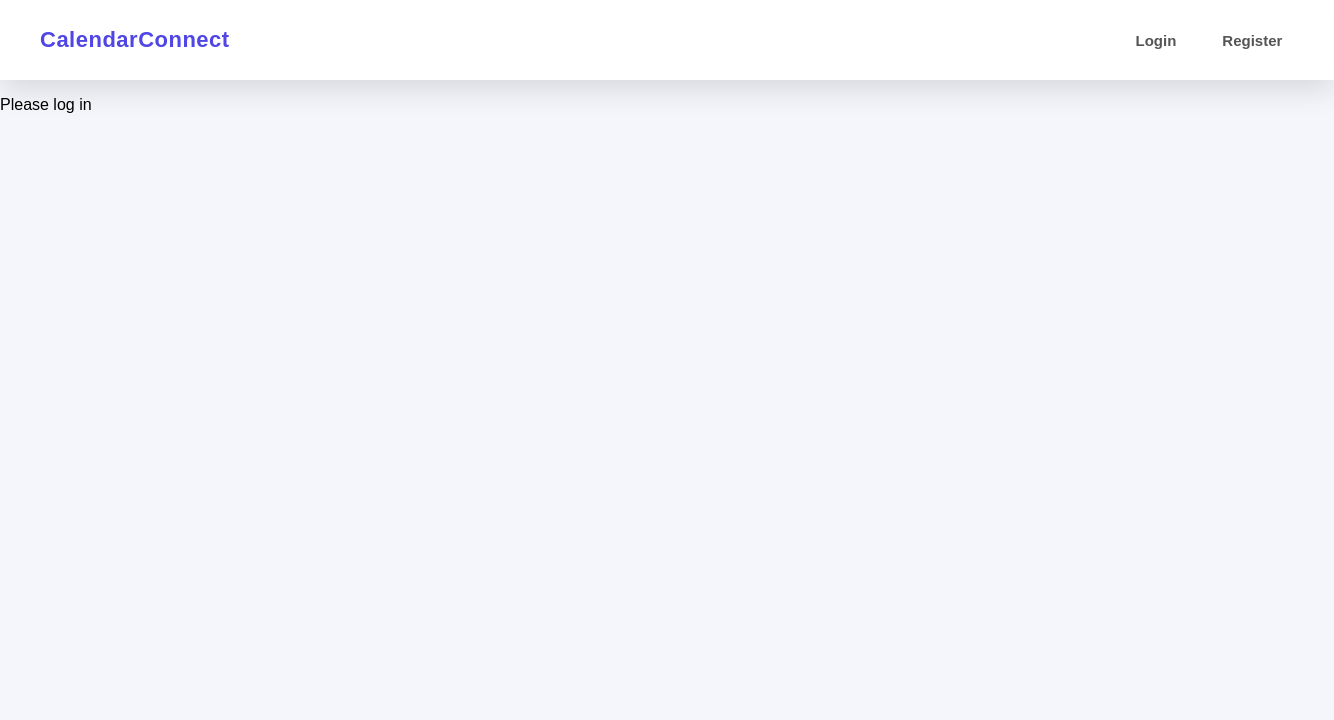
Repository: BMXracer44/CalendarConnect
Page: /friends (app in frontend/)
An editor plug-in stored every save of this project. The page is shown before and after the next save, followed by the edit.
The browser window is 1280 px wide. The page is 1334 px wide, so the pictures cover 1334 px, including what lies to the right of the window. The pictures show the whole page.
The project was rebuilt for these pictures with package versions that can differ from the ones it lists, and the page was loaded fresh each time. Also part of the build but not shown: frontend/src/pages/Login.jsx, frontend/src/pages/Register.jsx, frontend/src/pages/Profile.jsx, frontend/src/pages/Calendar.jsx.

Above is the page before, as saved 2026-04-20 14:06:16.

### frontend/src/index.js
import React from "react";
import ReactDOM from "react-dom/client";
import App from "./App";
import { AuthProvider } from "./context/AuthContext";
import { router } from "./router";
import { RouterProvider } from "react-router-dom";
import "./index.css";

ReactDOM.createRoot(document.getElementById("root")).render(
  <AuthProvider>
    <RouterProvider router={router} />
  </AuthProvider>
);

### frontend/src/App.js
import { Outlet } from "react-router-dom";
import Navbar from "./components/Navbar";
import "./index.css";

function App() {
  return (
    <div>
      <Navbar />
      <Outlet />
    </div>
  );
}

export default App;

### frontend/src/context/AuthContext.js
import { createContext, useState } from "react";

export const AuthContext = createContext();

export const AuthProvider = ({ children }) => {

  const [user, setUser] = useState(() => {
    const token = localStorage.getItem("token");
    const username = localStorage.getItem("username");

    return token && username
      ? { username, token }
      : null;
  });

  // ✅ FIXED LOGIN FUNCTION
  const login = (response) => {
    const userData = response.data; // 🔥 IMPORTANT FIX

    localStorage.setItem("token", userData.token);
    localStorage.setItem("username", userData.username);

    setUser({
      id: userData.id,
      username: userData.username,
      email: userData.email,
      token: userData.token
    });
  };

  const logout = () => {
    localStorage.removeItem("token");
    localStorage.removeItem("username");
    setUser(null);
  };

  return (
    <AuthContext.Provider value={{ user, login, logout }}>
      {children}
    </AuthContext.Provider>
  );
};

### frontend/src/router.jsx
import { createBrowserRouter } from "react-router-dom";
import App from "./App";
import Login from "./pages/Login";
import Register from "./pages/Register";
import Home from "./pages/Home";
import Profile from "./pages/Profile";
import Calendar from "./pages/Calendar";
import Friends from "./pages/Friends";

export const router = createBrowserRouter([
  {
    path: "/",
    element: <App />,
    children: [
      { index: true, element: <Login /> },
      { path: "register", element: <Register /> },
      { path: "calendar", element: <Calendar /> },
      { path: "profile", element: <Profile /> },
      { path: "friends", element: <Friends /> }
    ]
  }
]);

### frontend/src/index.css
/* =========================
   GLOBAL
========================= */
body {
  margin: 0;
  font-family: Arial, sans-serif;
  background: #f4f6fb;
}

/* =========================
   NAVBAR (BIGGER + MORE MODERN)
========================= */
.navbar {
  width: 98%;
  height: 80px; /* 🔥 BIGGER NAVBAR */
  display: flex;
  justify-content: space-between;
  align-items: center;

  padding: 0 40px;

  background: rgba(255, 255, 255, 0.92);
  backdrop-filter: blur(12px);

  box-shadow: 0 10px 30px rgba(0, 0, 0, 0.12);

  position: sticky;
  top: 0;
  z-index: 1000;
}

/* BRAND */
.navbar-left {
  font-size: 22px; /* 🔥 bigger brand */
  font-weight: 800;
  color: #4f46e5;
  letter-spacing: 0.5px;
}

/* RIGHT SIDE */
.navbar-right {
  display: flex;
  align-items: center;
  gap: 22px;
}

/* LINKS */
.nav-link {
  text-decoration: none;
  font-size: 15px;
  font-weight: 600;
  color: #555;
  padding: 10px 12px;
  border-radius: 10px;
  transition: 0.2s ease;
}

.nav-link:hover {
  background: rgba(102, 126, 234, 0.12);
  color: #4f46e5;
}

/* USER */
.nav-user {
  font-size: 14px;
  font-weight: 600;
  color: #333;
  padding: 8px 12px;
  border-radius: 10px;
  background: rgba(102, 126, 234, 0.08);
}

/* BUTTON */
.nav-button {
  padding: 10px 16px; /* 🔥 bigger button */
  border-radius: 10px;
  border: none;

  background: linear-gradient(135deg, #667eea, #764ba2);
  color: white;

  font-size: 13px;
  font-weight: 600;

  cursor: pointer;
  transition: 0.2s ease;
}

.nav-button:hover {
  transform: translateY(-2px);
  box-shadow: 0 8px 18px rgba(102, 126, 234, 0.35);
}

/* =========================
   LOGIN PAGE (BIGGER + BETTER BALANCE)
========================= */
.login-container {
  min-height: calc(100vh - 80px);
  display: flex;
  justify-content: center;
  align-items: center;

  padding: 40px 20px;

  background: linear-gradient(135deg, #667eea, #764ba2);
}

/* LOGIN CARD (🔥 BIGGER FORM) */
.login-card {
  width: 100%;
  max-width: 520px; /* 🔥 WAS 400px → MUCH BIGGER */
  background: #ffffff;

  padding: 50px 45px; /* 🔥 more breathing room */

  border-radius: 18px;

  box-shadow: 0 20px 60px rgba(0, 0, 0, 0.25);

  text-align: center;

  animation: fadeIn 0.4s ease-in-out;
}

/* animation */
@keyframes fadeIn {
  from {
    opacity: 0;
    transform: translateY(15px);
  }
  to {
    opacity: 1;
    transform: translateY(0);
  }
}

/* HEADINGS */
.login-card h2 {
  font-size: 30px; /* 🔥 bigger title */
  margin-bottom: 10px;
  color: #333;
}

.login-card p {
  font-size: 15px;
  color: #777;
  margin-bottom: 22px;
}

/* INPUTS (BIGGER + CLEANER) */
.login-card input {
  width: 100%;
  padding: 14px 16px; /* 🔥 bigger inputs */
  margin-top: 14px;

  border: 1px solid #ddd;
  border-radius: 12px;

  font-size: 15px;

  outline: none;
  transition: all 0.25s ease;
}

.login-card input:focus {
  border-color: #667eea;
  box-shadow: 0 0 10px rgba(102, 126, 234, 0.35);
}

/* BUTTON (BIGGER + STRONGER) */
.login-card button {
  width: 100%;
  padding: 14px; /* 🔥 bigger button */

  margin-top: 22px;

  background: #667eea;
  color: white;

  border: none;
  border-radius: 12px;

  font-size: 16px;
  font-weight: bold;

  cursor: pointer;
  transition: all 0.2s ease;
}

.login-card button:hover {
  background: #5a67d8;
  transform: translateY(-2px);
}

/* =========================
   TEXT
========================= */
.bottom-text {
  margin-top: 20px;
  font-size: 14px;
  color: #555;
}

/* =========================
   CALENDAR PAGE
========================= */
.calendar-page {
  min-height: calc(100vh - 80px);
  display: flex;
  justify-content: center;
  align-items: flex-start;

  padding: 40px 20px;

  background: linear-gradient(135deg, #667eea, #764ba2);
}
/* =========================
   FRIENDS PAGE
========================= */

.friends-container {
  min-height: calc(100vh - 80px);
  display: flex;
  justify-content: center;
  align-items: flex-start;

  padding: 40px 20px;

  background: linear-gradient(135deg, #667eea, #764ba2);
}

/* MAIN CARD */
.friends-card {
  width: 100%;
  max-width: 600px;

  background: #fff;
  padding: 40px;

  border-radius: 18px;

  box-shadow: 0 20px 60px rgba(0, 0, 0, 0.25);

  animation: fadeIn 0.4s ease-in-out;
}

/* TITLE */
.friends-card h2 {
  font-size: 26px;
  margin-bottom: 20px;
  color: #333;
}

/* SEARCH BAR */
.friends-search {
  display: flex;
  gap: 10px;
  margin-bottom: 20px;
}

.friends-search input {
  flex: 1;

  padding: 12px 14px;

  border-radius: 12px;
  border: 1px solid #ddd;

  font-size: 14px;

  outline: none;
  transition: 0.2s ease;
}

.friends-search input:focus {
  border-color: #667eea;
  box-shadow: 0 0 10px rgba(102, 126, 234, 0.25);
}

.friends-search button {
  padding: 12px 16px;

  border: none;
  border-radius: 12px;

  background: #667eea;
  color: white;

  font-weight: 600;
  cursor: pointer;

  transition: 0.2s ease;
}

.friends-search button:hover {
  background: #5a67d8;
  transform: translateY(-2px);
}

/* RESULTS */
.friends-results {
  margin-top: 10px;
  display: flex;
  flex-direction: column;
  gap: 12px;
}

/* USER ROW */
.friend-item {
  display: flex;
  justify-content: space-between;
  align-items: center;

  padding: 12px 14px;

  border-radius: 12px;

  background: #f4f6fb;

  transition: 0.2s ease;
}

.friend-item:hover {
  transform: translateY(-2px);
  background: #eef1ff;
}

/* ADD BUTTON */
.friend-item button {
  padding: 8px 12px;

  border: none;
  border-radius: 10px;

  background: linear-gradient(135deg, #667eea, #764ba2);
  color: white;

  font-size: 12px;
  font-weight: 600;

  cursor: pointer;

  transition: 0.2s ease;
}

.friend-item button:hover {
  transform: scale(1.05);
}

/* FADE ANIMATION (reuse from login) */
@keyframes fadeIn {
  from {
    opacity: 0;
    transform: translateY(15px);
  }
  to {
    opacity: 1;
    transform: translateY(0);
  }
}

### frontend/src/components/Navbar.jsx
import { useContext } from "react";
import { AuthContext } from "../context/AuthContext";
import { Link, useNavigate } from "react-router-dom";

const Navbar = () => {
  const { user, logout } = useContext(AuthContext);
  const navigate = useNavigate();

  const handleLogout = () => {
    logout();
    navigate("/");
  };

  return (
    <nav className="navbar">
      <div className="navbar-left">
        CalendarConnect
      </div>

      <div className="navbar-right">
        {!user ? (
          <>
            <Link to="/" className="nav-link">Login</Link>
            <Link to="/register" className="nav-link">Register</Link>
          </>
        ) : (
          <>
            {/* USER PROFILE */}
            <Link to="/profile" className="nav-user">
              {user.username}
            </Link>

            {/* CALENDAR */}
            <Link to="/calendar" className="nav-link">
              Calendar
            </Link>

            {/* ⭐ FRIENDS PAGE ADDED HERE */}
            <Link to="/friends" className="nav-link">
              Friends
            </Link>

            {/* LOGOUT */}
            <button className="nav-button" onClick={handleLogout}>
              Logout
            </button>
          </>
        )}
      </div>
    </nav>
  );
};

export default Navbar;

### frontend/src/pages/Friends.jsx
import React, { useState, useContext, useEffect } from "react";
import { AuthContext } from "../context/AuthContext";

const Friends = () => {
  const { user } = useContext(AuthContext);

  const [search, setSearch] = useState("");
  const [results, setResults] = useState([]);
  const [friends, setFriends] = useState([]);

  // 🔍 SEARCH USERS
  const handleSearch = async () => {
    if (!search) return;

    const res = await fetch(
      `http://localhost:8080/api/users/search?query=${search}`,
      {
        headers: {
          Authorization: `Bearer ${user.token}`
        }
      }
    );

    const data = await res.json();
    setResults(data);
  };

  // ➕ ADD FRIEND
  const addFriend = async (friendId) => {
    await fetch("http://localhost:8080/api/friends/add", {
      method: "POST",
      headers: {
        "Content-Type": "application/json",
        Authorization: `Bearer ${user.token}`
      },
      body: JSON.stringify({
        userId: user.id,
        friendId: friendId
      })
    });

    alert("Friend added!");
  };

  // 👥 LOAD FRIENDS
  const loadFriends = async () => {
    const res = await fetch(
      `http://localhost:8080/api/friends/${user.id}`,
      {
        headers: {
          Authorization: `Bearer ${user.token}`
        }
      }
    );

    const data = await res.json();
    setFriends(data);
  };

  useEffect(() => {
    if (user?.id) {
      loadFriends();
    }
  }, [user]);

  if (!user) {
    return <p>Please log in</p>;
  }

  return (
    <div className="friends-page">

      {/* SEARCH SECTION */}
      <h2>Find Friends</h2>

      <input
        type="text"
        placeholder="Search users..."
        value={search}
        onChange={(e) => setSearch(e.target.value)}
      />

      <button onClick={handleSearch}>Search</button>

      {/* SEARCH RESULTS */}
      <div>
        {results.map((u) => (
          <div key={u.id} style={{ margin: "10px 0" }}>
            <span>{u.username}</span>
            <button onClick={() => addFriend(u.id)}>
              Add Friend
            </button>
          </div>
        ))}
      </div>

      <hr />

      {/* FRIENDS LIST */}
      <h2>Your Friends</h2>

      <div>
        {friends.map((f) => (
          <div key={f.id}>
            {f.username}
          </div>
        ))}
      </div>

    </div>
  );
};

export default Friends;

Loaded but not shown: frontend/src/pages/Home.jsx (no stored copy; drawn as an empty file)

After the next save:
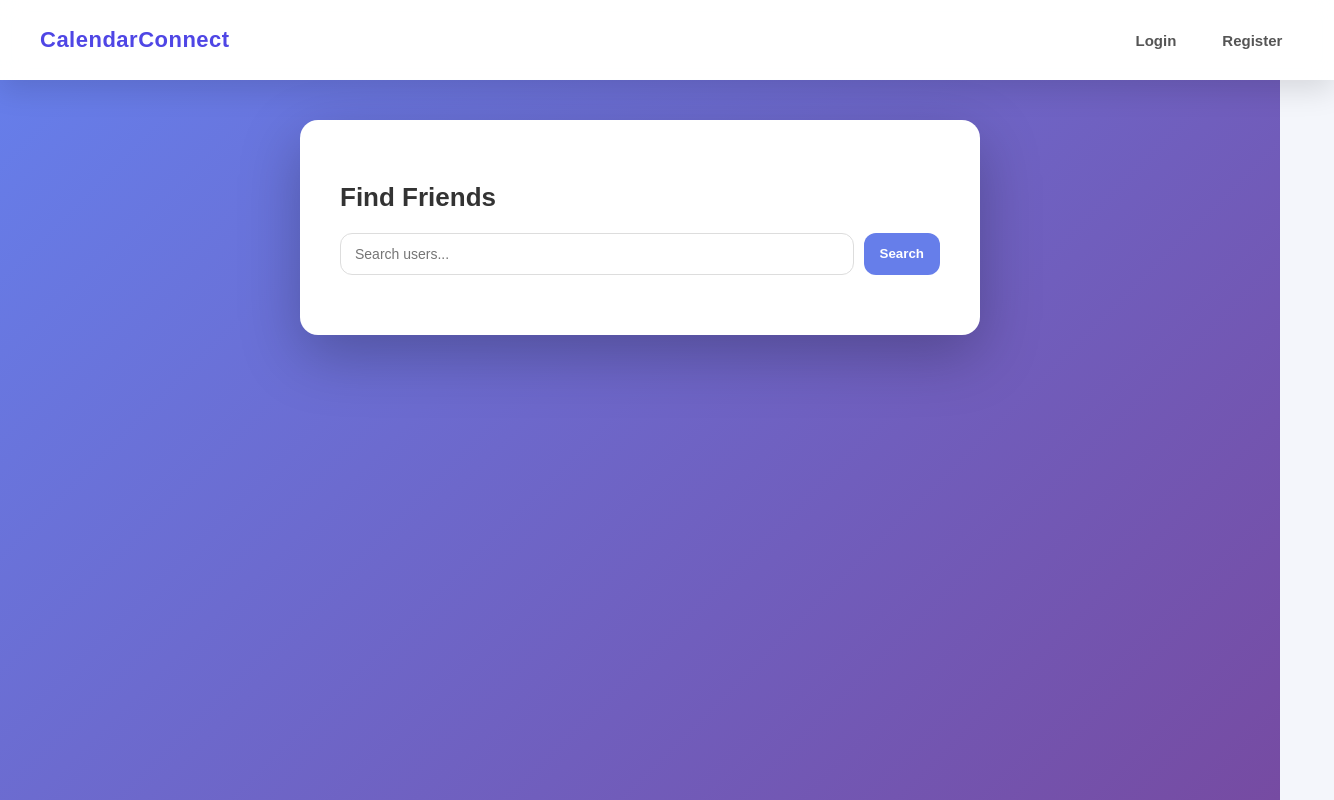
Saved 19 s later.
--- a/frontend/src/pages/Friends.jsx
+++ b/frontend/src/pages/Friends.jsx
@@ -1,4 +1,4 @@
-import React, { useState, useContext, useEffect } from "react";
+import React, { useState, useContext } from "react";
 import { AuthContext } from "../context/AuthContext";
 
 const Friends = () => {
@@ -8,10 +8,8 @@
   const [results, setResults] = useState([]);
   const [friends, setFriends] = useState([]);
 
-  // 🔍 SEARCH USERS
+  // SEARCH USERS
   const handleSearch = async () => {
-    if (!search) return;
-
     const res = await fetch(
       `http://localhost:8080/api/users/search?query=${search}`,
       {
@@ -25,7 +23,7 @@
     setResults(data);
   };
 
-  // ➕ ADD FRIEND
+  // ADD FRIEND
   const addFriend = async (friendId) => {
     await fetch("http://localhost:8080/api/friends/add", {
       method: "POST",
@@ -35,76 +33,44 @@
       },
       body: JSON.stringify({
         userId: user.id,
-        friendId: friendId
+        friendId
       })
     });
 
     alert("Friend added!");
   };
 
-  // 👥 LOAD FRIENDS
-  const loadFriends = async () => {
-    const res = await fetch(
-      `http://localhost:8080/api/friends/${user.id}`,
-      {
-        headers: {
-          Authorization: `Bearer ${user.token}`
-        }
-      }
-    );
+  return (
+    <div className="friends-container">
 
-    const data = await res.json();
-    setFriends(data);
-  };
+      {/* SEARCH CARD */}
+      <div className="friends-card">
+        <h2>Find Friends</h2>
 
-  useEffect(() => {
-    if (user?.id) {
-      loadFriends();
-    }
-  }, [user]);
+        <div className="friends-search">
+          <input
+            placeholder="Search users..."
+            value={search}
+            onChange={(e) => setSearch(e.target.value)}
+          />
 
-  if (!user) {
-    return <p>Please log in</p>;
-  }
+          <button onClick={handleSearch}>
+            Search
+          </button>
+        </div>
 
-  return (
-    <div className="friends-page">
+        {/* SEARCH RESULTS */}
+        <div className="friends-results">
+          {results.map((u) => (
+            <div key={u.id} className="friend-item">
+              <span>{u.username}</span>
 
-      {/* SEARCH SECTION */}
-      <h2>Find Friends</h2>
-
-      <input
-        type="text"
-        placeholder="Search users..."
-        value={search}
-        onChange={(e) => setSearch(e.target.value)}
-      />
-
-      <button onClick={handleSearch}>Search</button>
-
-      {/* SEARCH RESULTS */}
-      <div>
-        {results.map((u) => (
-          <div key={u.id} style={{ margin: "10px 0" }}>
-            <span>{u.username}</span>
-            <button onClick={() => addFriend(u.id)}>
-              Add Friend
-            </button>
-          </div>
-        ))}
-      </div>
-
-      <hr />
-
-      {/* FRIENDS LIST */}
-      <h2>Your Friends</h2>
-
-      <div>
-        {friends.map((f) => (
-          <div key={f.id}>
-            {f.username}
-          </div>
-        ))}
+              <button onClick={() => addFriend(u.id)}>
+                Add
+              </button>
+            </div>
+          ))}
+        </div>
       </div>
 
     </div>

After the save that followed:
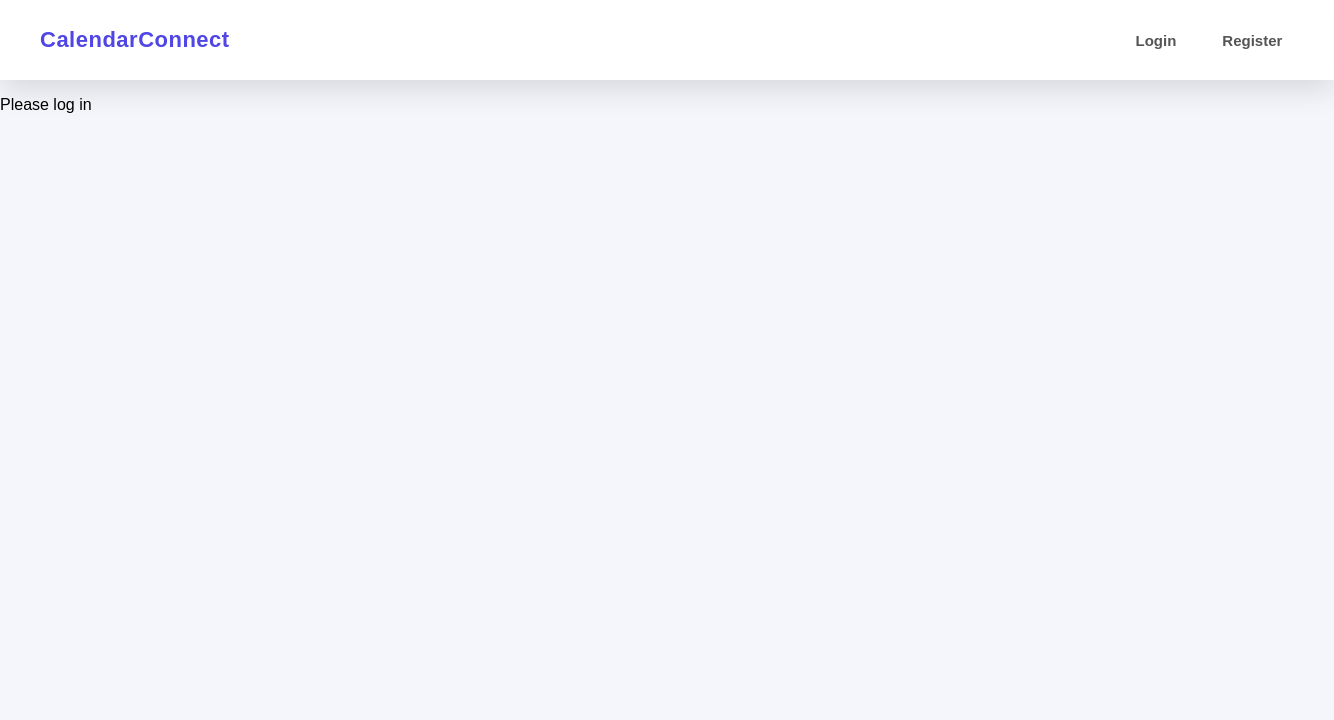
Saved 3 min 24 s later.
--- a/frontend/src/pages/Friends.jsx
+++ b/frontend/src/pages/Friends.jsx
@@ -6,10 +6,11 @@
 
   const [search, setSearch] = useState("");
   const [results, setResults] = useState([]);
-  const [friends, setFriends] = useState([]);
 
   // SEARCH USERS
   const handleSearch = async () => {
+    if (!search.trim()) return;
+
     const res = await fetch(
       `http://localhost:8080/api/users/search?query=${search}`,
       {
@@ -40,13 +41,19 @@
     alert("Friend added!");
   };
 
+  if (!user) {
+    return <p>Please log in</p>;
+  }
+
   return (
     <div className="friends-container">
 
-      {/* SEARCH CARD */}
       <div className="friends-card">
+
+        {/* HEADER */}
         <h2>Find Friends</h2>
 
+        {/* SEARCH BAR */}
         <div className="friends-search">
           <input
             placeholder="Search users..."
@@ -59,20 +66,26 @@
           </button>
         </div>
 
-        {/* SEARCH RESULTS */}
+        {/* 👇 RESULTS ALWAYS SHOW UNDER SEARCH */}
         <div className="friends-results">
-          {results.map((u) => (
-            <div key={u.id} className="friend-item">
-              <span>{u.username}</span>
 
-              <button onClick={() => addFriend(u.id)}>
-                Add
-              </button>
-            </div>
-          ))}
+          {results.length === 0 ? (
+            <p className="no-results">No users found</p>
+          ) : (
+            results.map((u) => (
+              <div key={u.id} className="friend-item">
+                <span>{u.username}</span>
+
+                <button onClick={() => addFriend(u.id)}>
+                  Add Friend
+                </button>
+              </div>
+            ))
+          )}
+
         </div>
+
       </div>
-
     </div>
   );
 };
